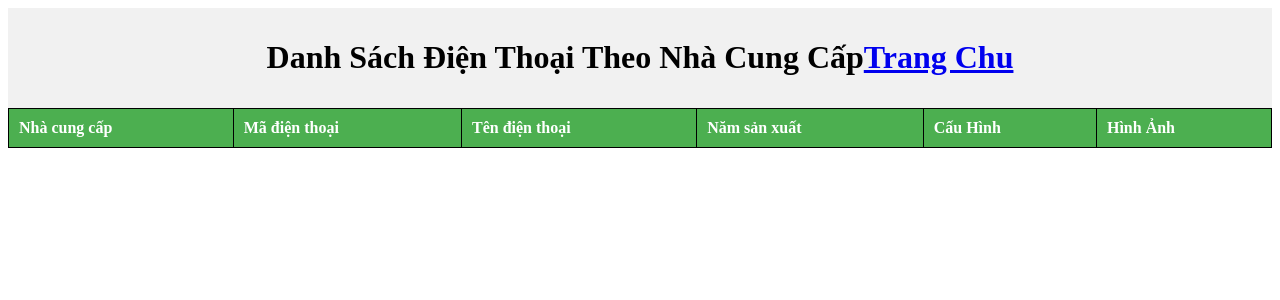
Repository: ducvu2414/WWW_OnGK
Page: http://localhost/Bai1/DanhSachDienThoaiNCC
An editor plug-in stored every save of this project. The page is shown before and after the next save, followed by the edit.
The browser window is 1280 px wide. The pictures show the whole page.
The page is served by Tomcat 10. Queries for data that is not in the repository find no rows.

Above is the page before, as saved 2024-10-05 05:44:10.

After the next save:
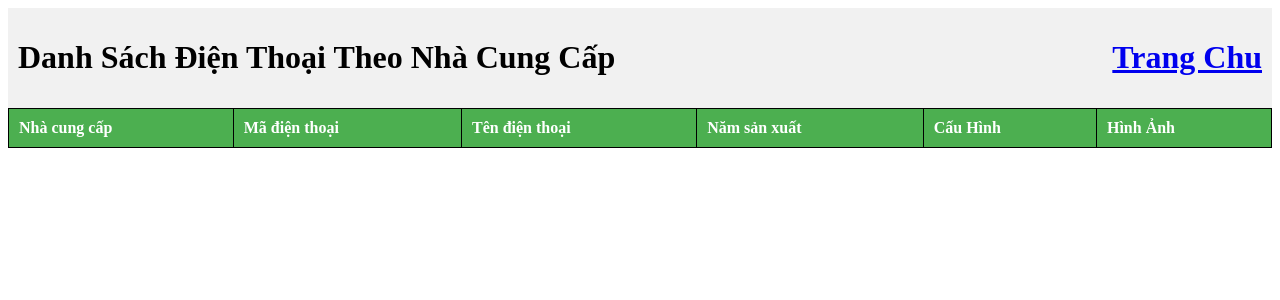
Saved 7 s later.
--- a/Bai1/src/main/webapp/DanhSachDienThoaiNCC.jsp
+++ b/Bai1/src/main/webapp/DanhSachDienThoaiNCC.jsp
@@ -33,7 +33,7 @@ th {
 	padding: 10px;
 	display: flex;
 	flex-direction: row;
-	justify-content: center;
+	justify-content: space-between;
 	align-items: center;
 }
 </style>
